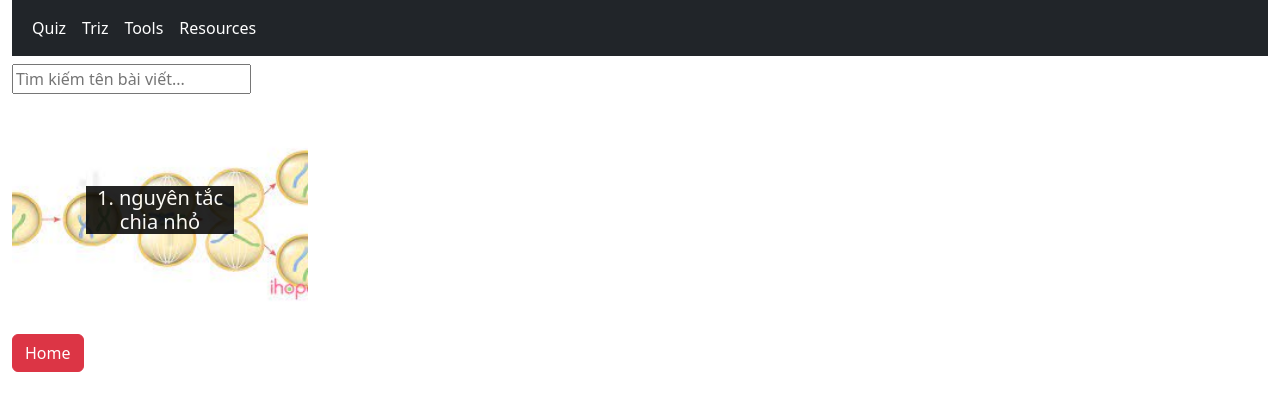
Repository: tran-thien-nhan/quiz_tlln
Page: health.html
The author's editor kept a copy of each file at every save. The page is drawn from the files as they stood at one save, then again after the next save.
The browser window is 1280 px wide. The pictures show the whole page.

Above is the page before, as saved 2023-06-26 19:21:50.

After the next save:
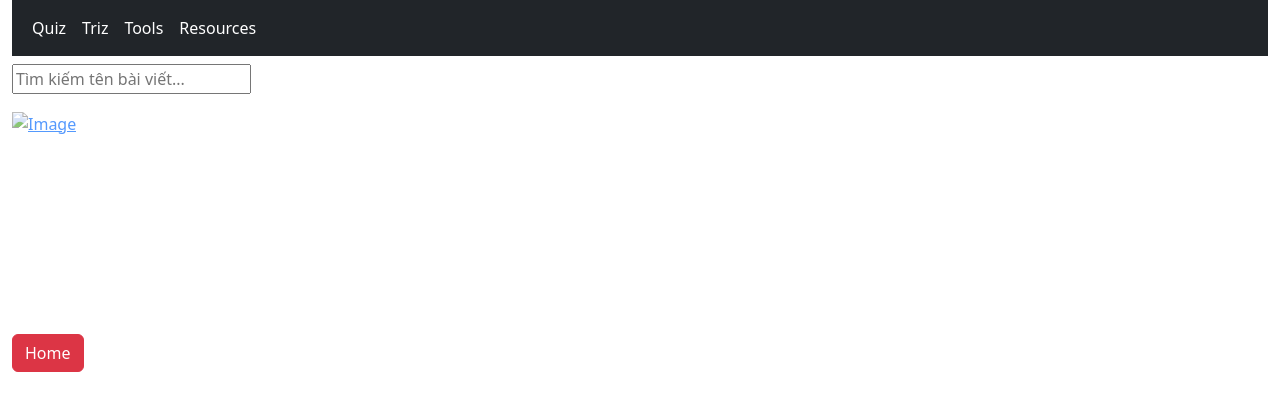
Saved 76 s later.
--- a/health.json
+++ b/health.json
@@ -1,9 +1,9 @@
 {
     "items": [
         {
-            "facebook_link": "https://docs.google.com/document/d/1RPN-BU23mwmHb9AXnYhgOgWAVefog4oQ-pl6X0VnIqs/edit?usp=sharing",
-            "image_link": "img/triz/chia_nho.jfif",
-            "title": "1. nguyên tắc chia nhỏ"
+            "facebook_link": "",
+            "image_link": "",
+            "title": ""
         }
     ]
 }
